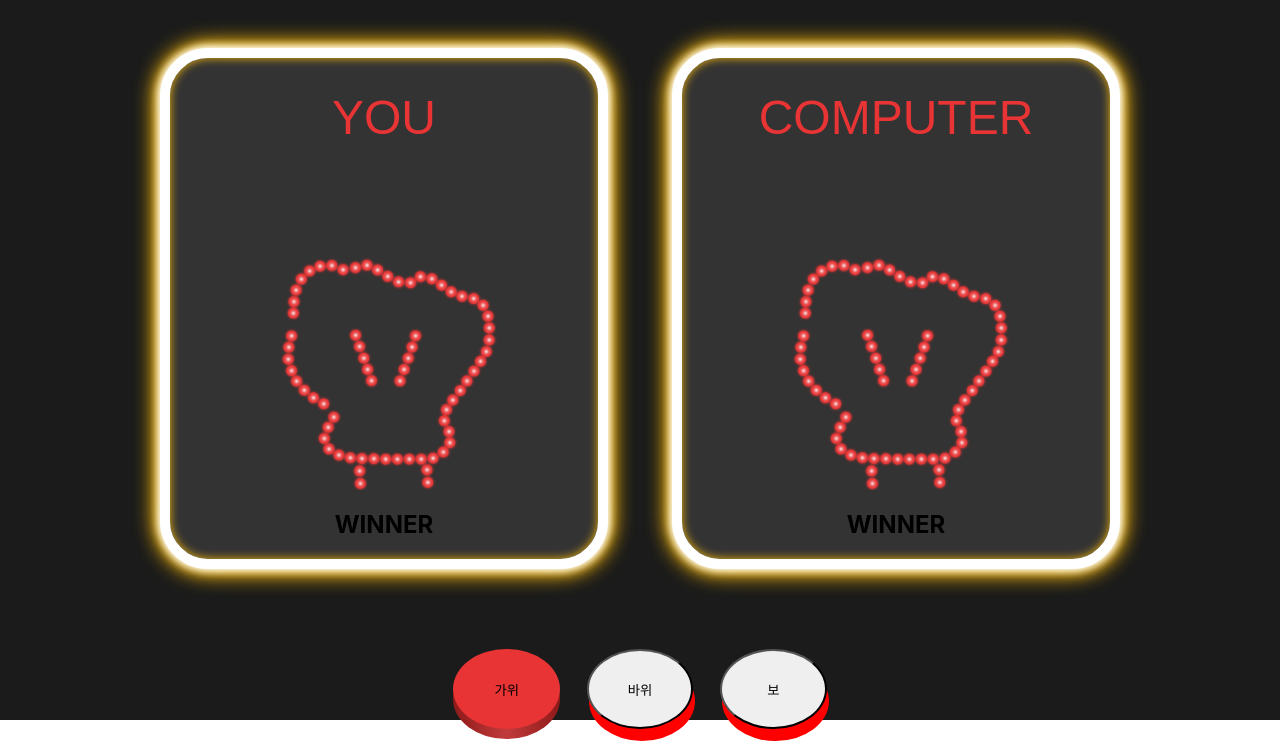
Repository: KIMMIHYE12/classComponent
Page: /
An editor plug-in stored every save of this project. The page is shown before and after the next save, followed by the edit.
The browser window is 1280 px wide. The pictures show the whole page.
Some web fonts or font styles are not loaded; a fallback is used. The project was rebuilt for these pictures with package versions that can differ from the ones it lists, and the page was loaded fresh each time.

Above is the page before, as saved 2024-03-18 23:10:23.

### src/App.js
import "./App.css";
import { Box } from "./component/Box";

function App() {
  return (
    <div className='content'>
      <div className='game_screen'>
        <Box title='YOU' />
        <Box title='COMPUTER' />
      </div>
      <div className='btn_wrap'>
        <button className='scissor'>가위</button>
        <button className='rock'>바위</button>
        <button className='paper'>보</button>
      </div>
    </div>
  );
}

export default App;

### src/App.css
@import url("https://use.typekit.net/ebb2deg.css");

* {
  box-sizing: border-box;
}

.content {
  height: 100vh;
  padding: 3em 0;
  background-color: #1b1b1b;
}

.game_screen {
  width: 100%;
  display: flex;
  justify-content: center;
}

.box {
  width: 35%;
  display: flex;
  flex-direction: column;
  align-items: center;
  margin: 0 2em;
  border: 10px solid #fff;
  background: #333;
  border-radius: 3rem;
  box-shadow: 0 0 10px #fff, 0 0 10px #fff, 0 0 24px #f5b70c, 0 0 16px #f5b70c,
    0 0 24px #f5b70c, inset 0 0 10px #f5b70c;
}

h1 {
  font-size: 3em;
  color: #e83435;
  font-family: "gloridot", sans-serif;
  font-weight: 400;
  font-style: normal;
}

img {
  width: 70%;
}

.btn_wrap {
  position: relative;
  margin-top: 5em;
  display: flex;
  justify-content: center;
  z-index: 1;
}

.btn_wrap button {
  position: relative;
  width: 8em;
  height: 6em;
  margin: 0 1em;
  border-radius: 50%;
  top: 0;
  outline: 0;
}

.btn_wrap button.scissor {
  background-color: #e83435;
  border: 0;
}

.btn_wrap button:before {
  width: 8em;
  height: 6em;
  display: inline-block;
  content: "";
  position: absolute;
  top: 10px;
  left: 0;
  right: 0;
  background: red;
  border-radius: 50%;
  z-index: -1;
}

.btn_wrap button.scissor:before {
  background: linear-gradient(
    90deg,
    rgba(143, 25, 25, 1) 0%,
    rgba(193, 59, 59, 1) 50%,
    rgba(143, 25, 25, 1) 100%
  );
}

.btn_wrap button:active {
  top: 4px;
}

.btn_wrap button:active:before {
  top: 6px;
}

### src/component/Box.js
import React from "react";

export const Box = (props) => {
  console.log(props);
  return (
    <div className='box'>
      <h1>{props.title}</h1>
      <img src='/images/rock.png' alt='바위' />
      <h2>WINNER</h2>
    </div>
  );
};

Loaded but not shown: public/index.html (common file); src/index.js (common file); src/index.css (common file); src/reportWebVitals.js (common file)

After the next save:
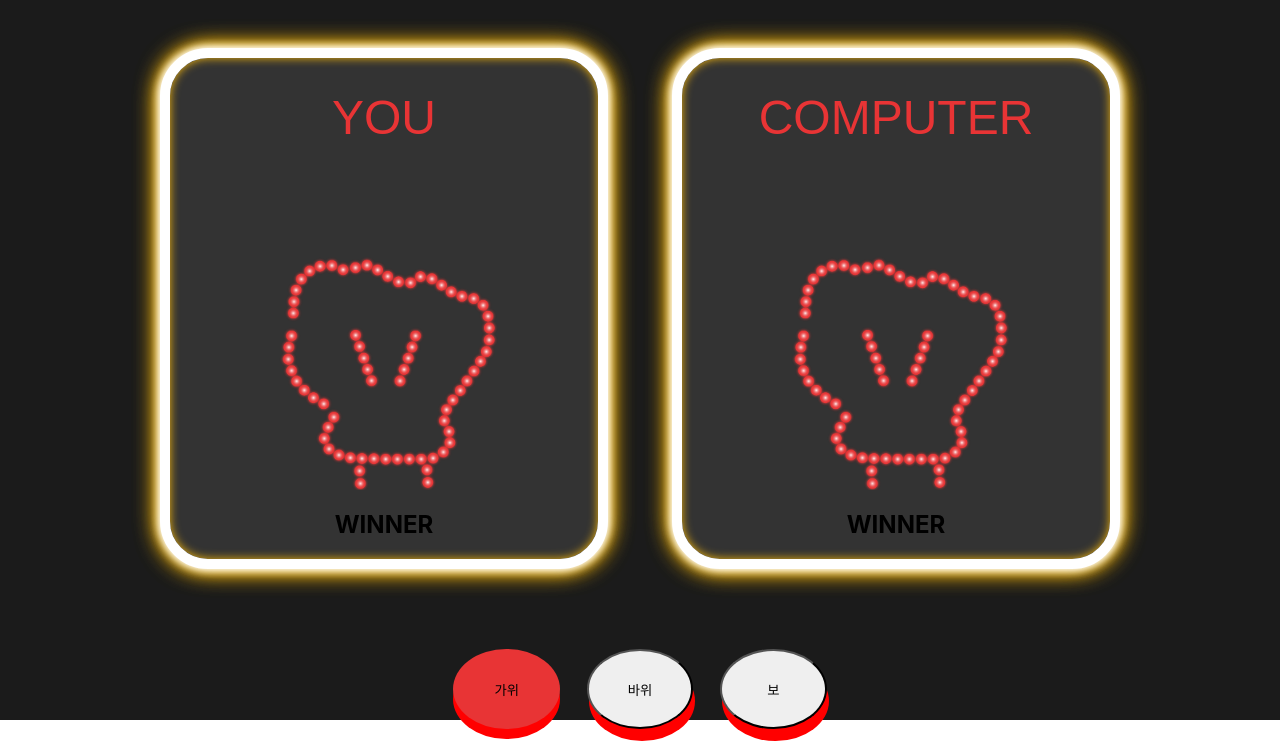
Saved 29 s later.
--- a/src/App.css
+++ b/src/App.css
@@ -82,7 +82,7 @@ img {
   background: linear-gradient(
     90deg,
     rgba(143, 25, 25, 1) 0%,
-    rgba(193, 59, 59, 1) 50%,
+    gba(212, 47, 48, 1) 50%,
     rgba(143, 25, 25, 1) 100%
   );
 }
